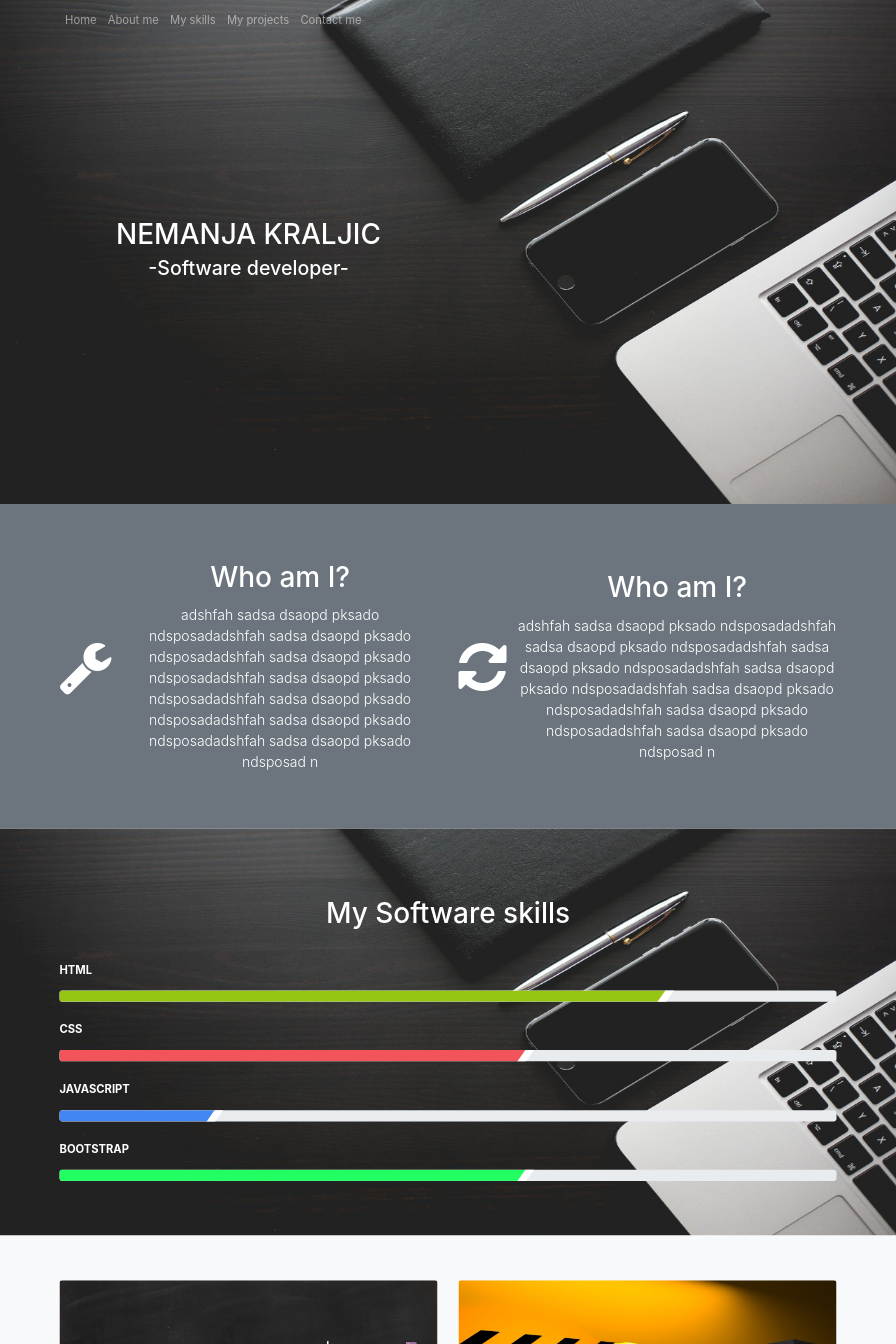
Repository: Kraljiccar/User-Centric-Frontend-Development-Milestone-Project
Page: index.html
The author's editor kept a record of every edit. The page is drawn from the files as they stood at one moment, then again after the next edit.
The browser window is 1280 px wide. The pictures show the part of the page from y = 0 to 1920 px (the page is 3385 px tall), at 70% of full size.
Backgrounds fixed to the window are drawn as part of the page.

Above is the page before.

After the next edit:
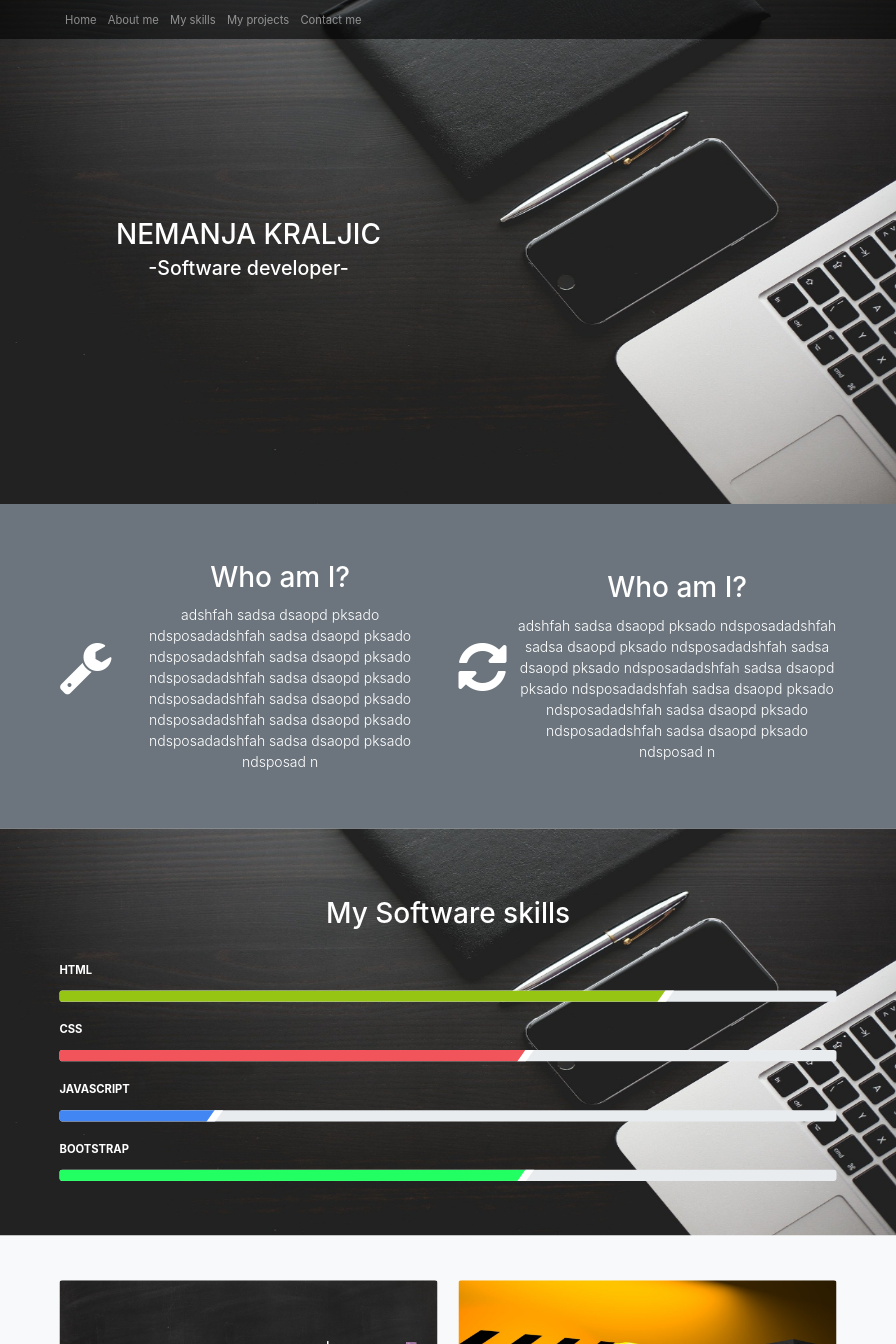
The edit:
--- a/assets/css/style.css
+++ b/assets/css/style.css
@@ -2,6 +2,10 @@
 
 body {
   font-family: 'Roboto', sans-serif;
+}
+
+.transparent {
+  background-color: rgba(0, 0, 0, 0.6);
 }
 
 .max-viewport{
